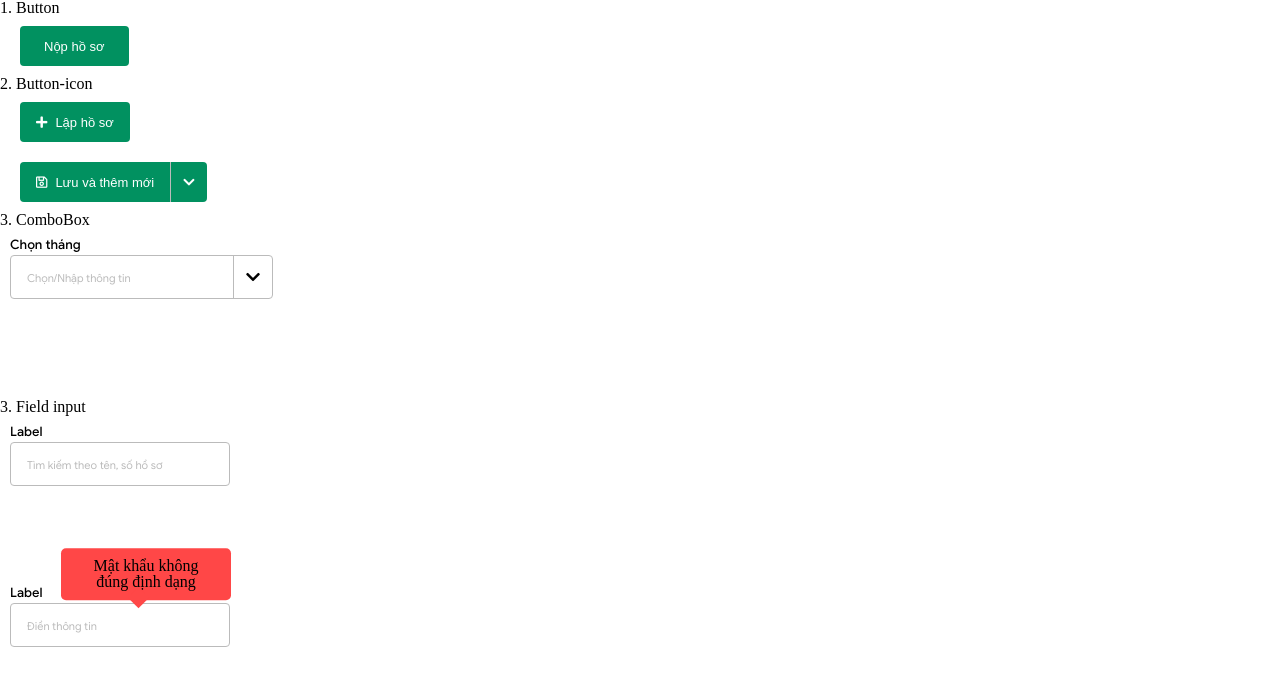
Repository: DAOVANLOI2K1/cukcuk_employeeGrid
Page: Page/index.html
An editor plug-in stored every save of this project. The page is shown before and after the next save, followed by the edit.
The browser window is 1280 px wide. The pictures show the whole page.

Above is the page before, as saved 2022-06-28 09:58:41.

### Page/index.html
<!DOCTYPE html>
<html lang="en">
<head>
    <meta charset="UTF-8">
    <meta http-equiv="X-UA-Compatible" content="IE=edge">
    <meta name="viewport" content="width=\\, initial-scale=1.0">
    <link rel="stylesheet" href="../css/common/common.css">
    <link rel="stylesheet" href="../css/layout/reset.css">
    <link rel="stylesheet" href="../asset/font/fontawesome-5.15.1/css/all.min.css">
    <title>Document</title>
</head>
<body>
    <label>1. Button</label>
    <div class="row">
        <button class="ms-btn">Nộp hồ sơ</button>
    </div>
    <label>2. Button-icon</label>
    <div class="row">
        <button class="ms-btn ms-btn-icon"><i class="fas fa-plus icon"></i>Lập hồ sơ</button>
    </div>
    <div class="row">
        <button class="ms-btn ms-btn-icon btn2"><i class="far fa-save icon"></i>Lưu và thêm mới</button>
        <button class="ms-btn arrow-down"><i class="fas fa-chevron-down icon"></i></button>
    </div>
    <label>3. ComboBox</label>
    <div class="row">
        <h3 class="label">Chọn tháng</h3>
        <div class="combo_box">
            <input type="text" class="ms-input input1" id="input" placeholder="Chọn/Nhập thông tin">
            <i class="fas fa-chevron-down icon"></i>
            <div class="options-dropdown">
                <div class="option">
                    <i class="fas fa-check option_icon"></i>
                    <h3 class="option_text">Trạng thái 1</h3>
                </div>
                <div class="option">
                    <i class="fas fa-check option_icon"></i>
                    <h3 class="option_text">Trạng thái 2</h3>
                </div>
            </div>
        </div>
    </div>
    <label>3. Field input</label>
    <div class="row">
        <h3 class="label">Label</h3>
        <input type="text" class="ms-input" placeholder="Tìm kiếm theo tên, số hồ sơ">
    </div>
    <div class="row" style="margin-top: 100px;">
        <h3 class="label">Label</h3>
        <input type="text" class="ms-input" placeholder="Điền thông tin">
        <div class="error_box">
            <h2 class="error_message">Mật khẩu không đúng định dạng</h2>
        </div>
    </div>
    <script src="../js/main.js"></script>
</body>
</html>

### css/common/common.css
@import url(button.css);
@import url(input.css);
@import url(combobox.css);
@import url(fieldInput.css);

body {
    font-family: GoogleSans-Regular;
    box-sizing: border-box;
}

.row {
    margin-left: 10px;
}

@font-face {
    font-family: GoogleSans-Bold;
    src: url(../../asset/font/GoogleSans-Bold.otf);
}
@font-face {
    font-family: GoogleSans-Medium;
    src: url(../../asset/font/GoogleSans-Medium.otf);
}
@font-face {
    font-family: GoogleSans-Regular;
    src: url(../../asset/font/GoogleSans-Regular.otf);
}

### js/main.js
// click arrow combobox
document.querySelector('.combo_box .icon').addEventListener('click', function(e) {
    this.classList.toggle('active');
    document.getElementsByClassName('option')[1].classList.remove('active');
    document.getElementsByClassName('option')[0].classList.remove('active');
});
// click option drop combobox
document.getElementsByClassName('option')[0].addEventListener('click', function() {
    this.classList.add('active');
    document.getElementsByClassName('option')[1].classList.remove('active');
    document.getElementById('input').value = 'Trạng thái 1';
});
document.getElementsByClassName('option')[1].addEventListener('click', function() {
    this.classList.add('active');
    document.getElementsByClassName('option')[0].classList.remove('active');
    document.getElementById('input').value = 'Trạng thái 2';
});

### css/common/button.css
.ms-btn {
    margin: 10px;
    height: 40px;
    padding: 0 24px;
    color: #fff;
    background-color: #019160;
    border-radius: 4px;
    font-size: 13px;
    align-items: center;
    border: none;
    cursor: pointer;
    min-width: 100px;
    transition: all .1s linear;
}

.ms-btn:hover {
    background-color: #2fbe8e;
}

.ms-btn:active {
    background-color: #01b075;
}

.ms-btn-icon {
    padding: 0 16px;
    text-align: left;
    margin-right: 0;
}

.ms-btn-icon > .icon{
    margin-right: 8px;
}

.btn2 {
    border-top-right-radius: 0;
    border-bottom-right-radius: 0;
}

.arrow-down {
    padding: 0 12px;
    min-width: unset;
    margin-left: -4px;
    border-left: 1px solid #bbb;
    border-bottom-left-radius: 0;
    border-top-left-radius: 0;
}
.arrow-down:hover > .icon {
    transform: rotate(180deg);
}

### css/common/input.css
.ms-input {
    outline: none;
    padding-left: 16px;
    height: 40px;
    border: 1px solid #bbb;
    border-radius: 4px;
    width: 200px;
    font-size: 13px;
    color: #000;
}

.label {
    margin-top: 10px;
    margin-bottom: 4px;
    font-size: 13px;
    color: #000;
    font-family: GoogleSans-Medium;
}

.ms-input::placeholder {
    font-size: 11px;
    color: #bbb;
    font-family: GoogleSans-Regular;
}

.ms-input:focus {
    border-color: #019160;
}

### css/common/combobox.css
.input1 {
    padding-right: 45px;
}

.combo_box {
    position: relative;
    display: inline-block;
    margin-bottom: 100px;
}

.combo_box > .icon {
    position: absolute;
    top: 1px;
    right: 1px;
    padding: 13px 12px;
    border-left: 1px solid #bbb;
    border-top-right-radius: 4px;
    border-bottom-right-radius: 4px;
    cursor: pointer;
}
.icon.active {
    border-top-right-radius: 0;
    border-bottom-right-radius: 0;
    border-top-left-radius: 4px;
    border-bottom-left-radius: 4px;
    border-left: none;
    border-right: 1px solid #bbb;
    background-color: #e9ebee;
    transform: rotate(180deg);
}
.icon.active ~ .options-dropdown {
    opacity: 1;
    visibility: visible;
}

.options-dropdown {
    position: absolute;
    padding: 5px 0;
    top: 100%;
    left: 0;
    width: 100%;
    border-radius: 4px;
    box-shadow: 0 2px 5px 0 rgba(0, 0, 0, 0.432);
    opacity: 0;
    visibility: hidden;
    transition: all .1s linear;
}

.option {
    display: flex;
    align-items: center;
    height: 40px;
}

.option_icon {
    margin: 0 10px;
    font-size: 16px;
    opacity: 0;
}

.option:hover {
    background-color: #e9ebee;
}

.option.active {
    background-color: #019160;
    color: white;
}
.option.active > .option_icon{
    opacity: 1;
}

### css/common/fieldInput.css
.error_box {
    width: 130px;
    padding: 10px 20px;
    background-color: #ff4747;
    text-align: center;
    border-radius: 5px;
    position: relative;
    transform: translate(30%, -190%);
}

.error_box::before {
    content: "";
    position: absolute;
    bottom: -5px;
    right: 50%;
    width: 15px;
    height: 15px;
    background-color: #ff4747;
    transform: rotate(45deg);
}

Loaded but not shown: css/layout/reset.css (common file); asset/font/fontawesome-5.15.1/css/all.min.css (library)

After the next save:
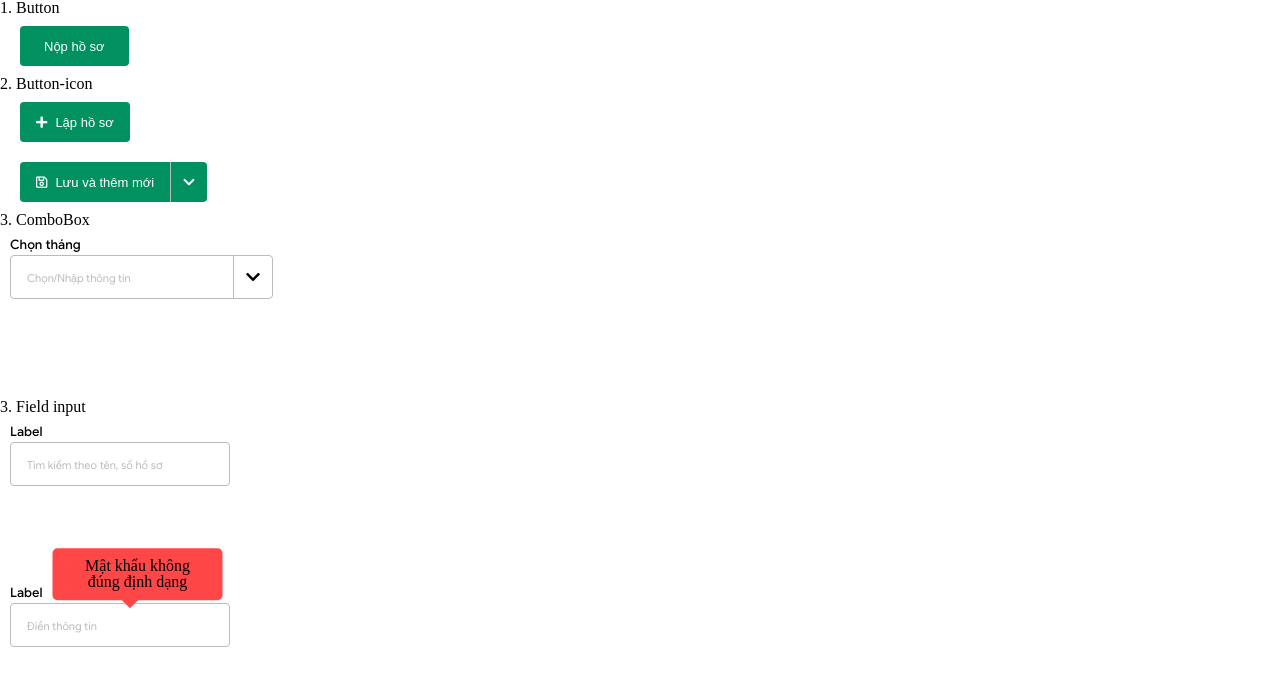
Saved 8 s later.
--- a/css/common/fieldInput.css
+++ b/css/common/fieldInput.css
@@ -5,7 +5,7 @@
     text-align: center;
     border-radius: 5px;
     position: relative;
-    transform: translate(30%, -190%);
+    transform: translate(25%, -190%);
 }
 
 .error_box::before {
